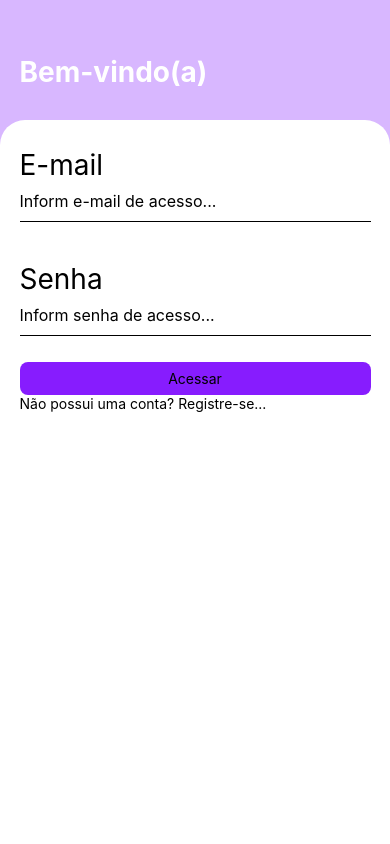
Repository: anacleto-caua/flavio_finance_clean
Page: /
The author's editor kept a copy of each file at every save. The page is drawn from the files as they stood at one save, then again after the next save.
The browser window is 390 px wide. The pictures show the whole page.
The app was drawn by React Native's web renderer in a window 390 px wide. The project was rebuilt for these pictures with package versions that can differ from the ones it lists, and the page was loaded fresh each time. Also part of the build but not shown: src/pages/Welcome/index.js.

Above is the page before, as saved 2024-03-12 19:58:57.

### App.js
import React from "react"
import { StatusBar } from 'react-native';

import { NavigationContainer } from "@react-navigation/native";
import Routes from "./src/routes";

export default function App() {
  return (
    <NavigationContainer>
      <StatusBar
        backgroundColor="#871cfe"
        barStyle="light-content"
      />
      <Routes />
    </NavigationContainer>
  );
}

### src/routes/index.js
import { createNativeStackNavigator } from '@react-navigation/native-stack'

import Welcome from '../pages/Welcome'
import SignIn from '../pages/SignIn';

const Stack = createNativeStackNavigator();

export default function Routes() {
  return (
    <Stack.Navigator>
      {/* <Stack.Screen
        name="Welcome"
        component={Welcome}
        options={{ headerShown: false }}
      /> */}

      <Stack.Screen
        name="SignIn"
        component={SignIn}
        options={{ headerShown: false }}
      />
    </Stack.Navigator>
  )
}

### src/pages/SignIn/index.js
import React from 'react';
import {
  View,
  Text,
  StyleSheet,
  TextInput,
  TouchableOpacity
} from 'react-native';

import { useNavigation } from '@react-navigation/native'

export default function SignIn() {
  const navigation = useNavigation();

  return (
    <View style={styles.container}>
      <View style={styles.containerHeader}>
        <Text style={styles.message}>Bem-vindo(a)</Text>
      </View>

      <View style={styles.containerForm}>
        <Text style={styles.title}>E-mail</Text>
        <TextInput
          placeholder="Inform e-mail de acesso..."
          style={styles.input}
        />

        <Text style={styles.title}>Senha</Text>
        <TextInput
          placeholder="Inform senha de acesso..."
          secureTextEntry={true}
          style={styles.input}
        />

        <TouchableOpacity
          style={styles.button}
          onPress={ () => navigation.navigate('Home') }
        >
          <Text style={styles.buttonText}>Acessar</Text>
        </TouchableOpacity>

        <TouchableOpacity style={styles.buttonRegister}>
          <Text style={styles.registerText}>
            Não possui uma conta? Registre-se...
          </Text>
        </TouchableOpacity>
      </View>
    </View>
  );
}

const styles = StyleSheet.create({
  container: {
    flex: 1,
    backgroundColor: "#d8b7ff",
  },

  containerHeader: {
    marginTop: '14%',
    marginBottom: '8%',
    paddingStart: '5%',
  },

  message: {
    fontSize: 28,
    fontWeight: 'bold',
    color: "#fff",
  },

  containerForm: {
    backgroundColor: "#fff",
    flex: 1,
    borderTopLeftRadius: 25,
    borderTopRightRadius: 25,
    paddingStart: '5%',
    paddingEnd: '5%',
  },

  title: {
    fontSize: 28,
    marginTop: 28,
  },

  input: {
    borderBottomWidth: 1,
    height: 40,
    marginBottom: 12,
    fontSize: 16,
  },

  button: {
    backgroundColor: "#871cfe",
    width: '100%',
    borderRadius: 8,
    paddingVertical: 8,
    marginTop: 14,
    justifyContent: 'center',
    alignItems: 'center',
  }

})

After the next save:
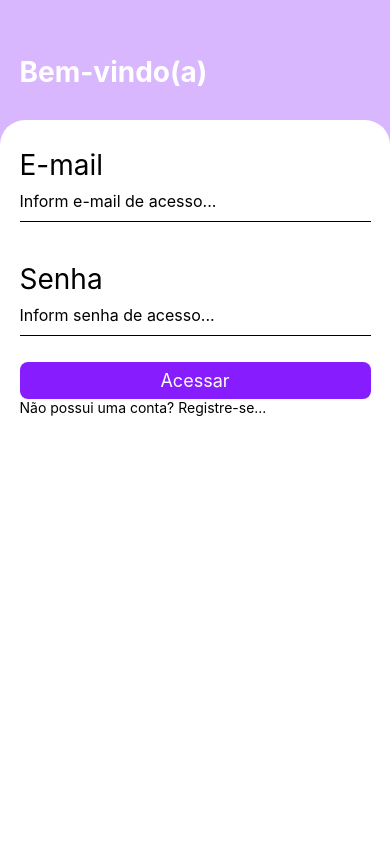
Saved 52 s later.
--- a/src/pages/SignIn/index.js
+++ b/src/pages/SignIn/index.js
@@ -96,6 +96,12 @@ const styles = StyleSheet.create({
     marginTop: 14,
     justifyContent: 'center',
     alignItems: 'center',
+  },
+
+  buttonText:{
+    color: "#fff",
+    fontSize: 18,
+
   }
 
 })
